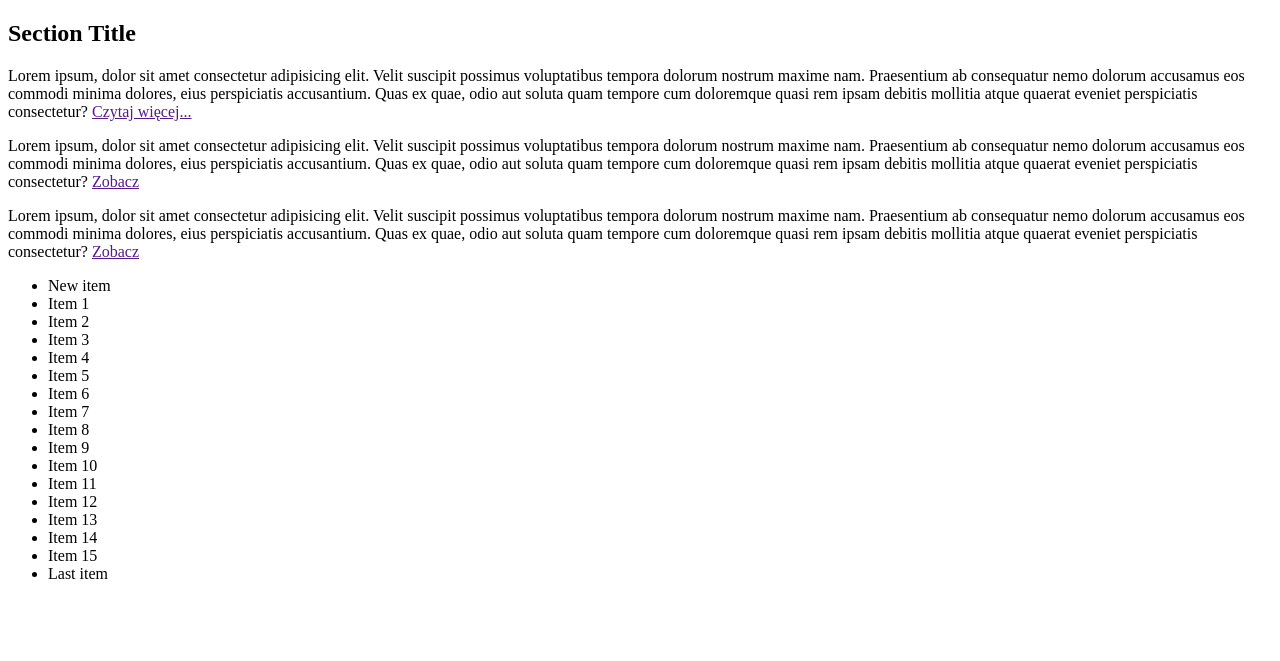
Repository: magdaf41/jQuery
Page: zadanie 3/index.html
These files come from the project's save history. The page is drawn as it stood at one moment and after the next save; the edit follows.
The browser window is 1280 px wide. The pictures show the whole page.

Above is the page before, as saved 2020-09-08 21:13:01.

After the next save:
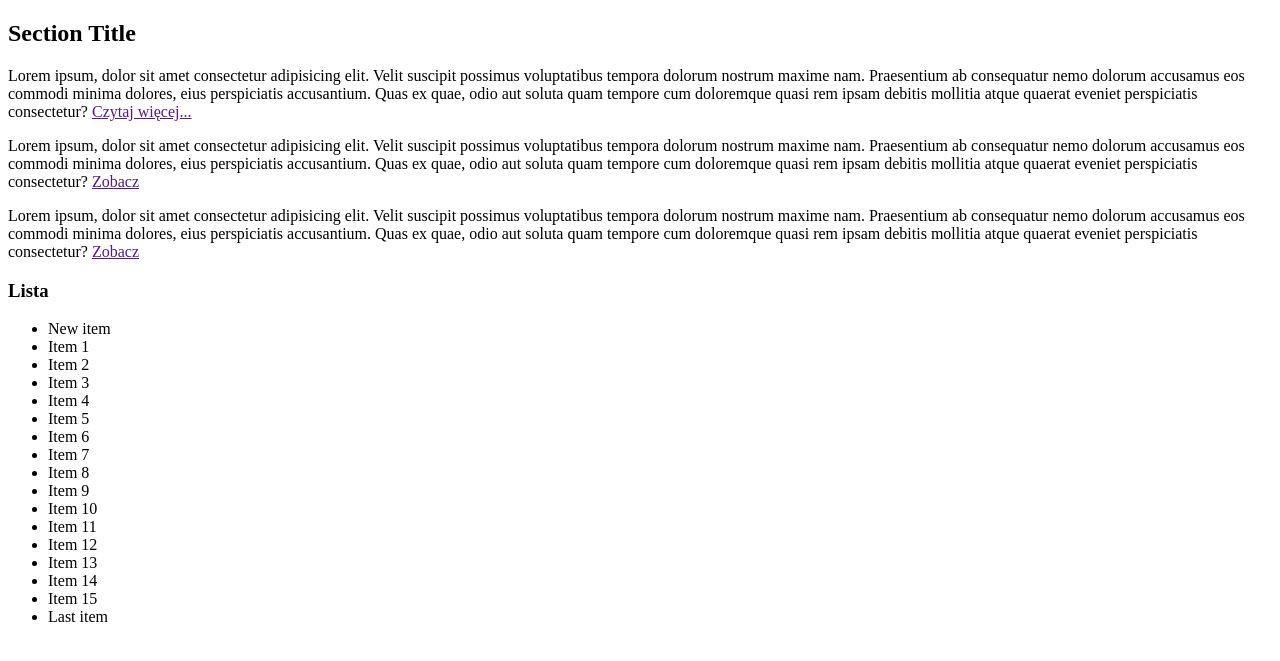
Saved 85 s later.
--- a/zadanie 3/js/main.js
+++ b/zadanie 3/js/main.js
@@ -5,4 +5,6 @@ $(document).ready(function () {
    $('ul').prepend(newLi);
 
    $('ul').append('<li class="list-item">Last item</li>');
+
+   $('ul').before('<h3>Lista</h3>');
 });
